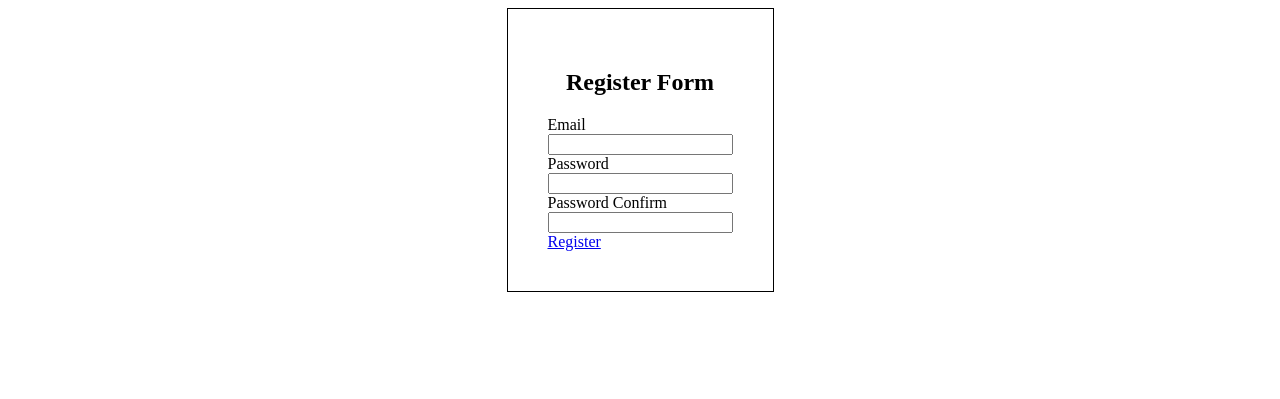
Repository: nptg3105/Register-form
Page: index.html
An editor plug-in stored every save of this project. The page is shown before and after the next save, followed by the edit.
The browser window is 1280 px wide. The pictures show the whole page.
Some web libraries are served in a nearby version.

Above is the page before, as saved 2022-01-05 21:47:54.

### index.html
<!DOCTYPE html>
<html lang="en">
  <head>
    <meta charset="UTF-8" />
    <meta http-equiv="X-UA-Compatible" content="IE=edge" />
    <meta name="viewport" content="width=device-width, initial-scale=1.0" />
    <title>Document</title>
    <link rel="stylesheet" href="style.css" />
  </head>
  <body>
    <div id="register-form"></div>

    <script
      src="https://unpkg.com/react@17/umd/react.production.min.js"
      crossorigin
    ></script>
    <script
      src="https://unpkg.com/react-dom@17/umd/react-dom.production.min.js"
      crossorigin
    ></script>
    <script src="https://unpkg.com/babel-standalone@6/babel.min.js"></script>
    <script type="text/babel" src="main.js"></script>
  </body>
</html>

### style.css
.register {
  background-color: #fff;
  max-width: max-content;
  margin: 0 auto;
  padding: 40px;
  border: 1px solid #000;
}
.title {
  text-align: center;
  font-weight: bold;
}

### main.js
const registerForm = document.querySelector("#register-form");
const form = (
  <div className="register">
    <h2 className="title">Register Form</h2>
    <form>
      <label for="email">Email</label>
      <br />
      <input type="email" id="email" name="mail" />
      <br />
      <label for="password">Password</label>
      <br />
      <input type="password" id="password" name="pass" />
      <br />
      <label for="password-confirm">Password Confirm</label>
      <br />
      <input type="password" id="password-confirm" name="pass-confirm" />
    </form>
    <a href="#">Register</a>
  </div>
);
ReactDOM.render(form, registerForm);

After the next save:
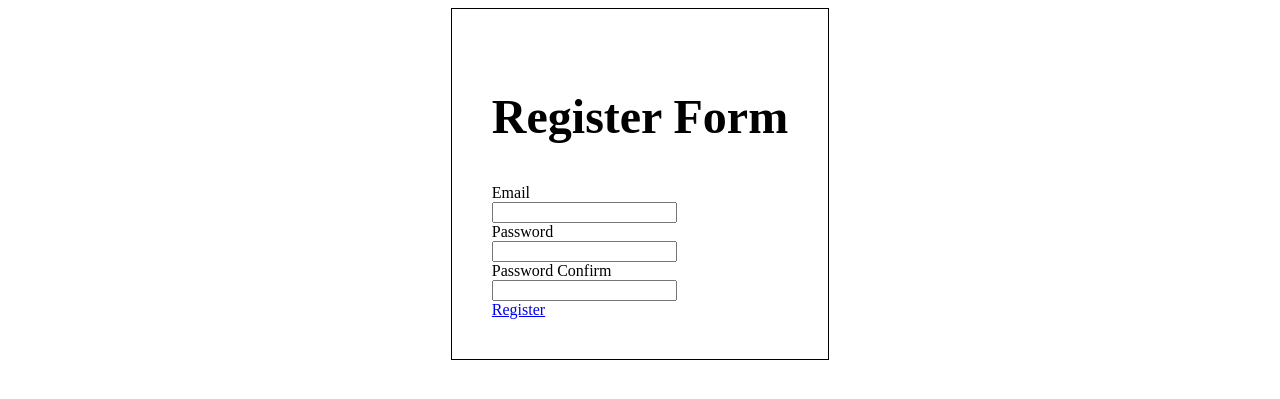
Saved 9 s later.
--- a/style.css
+++ b/style.css
@@ -8,4 +8,5 @@
 .title {
   text-align: center;
   font-weight: bold;
+  font-size: 48px;
 }
